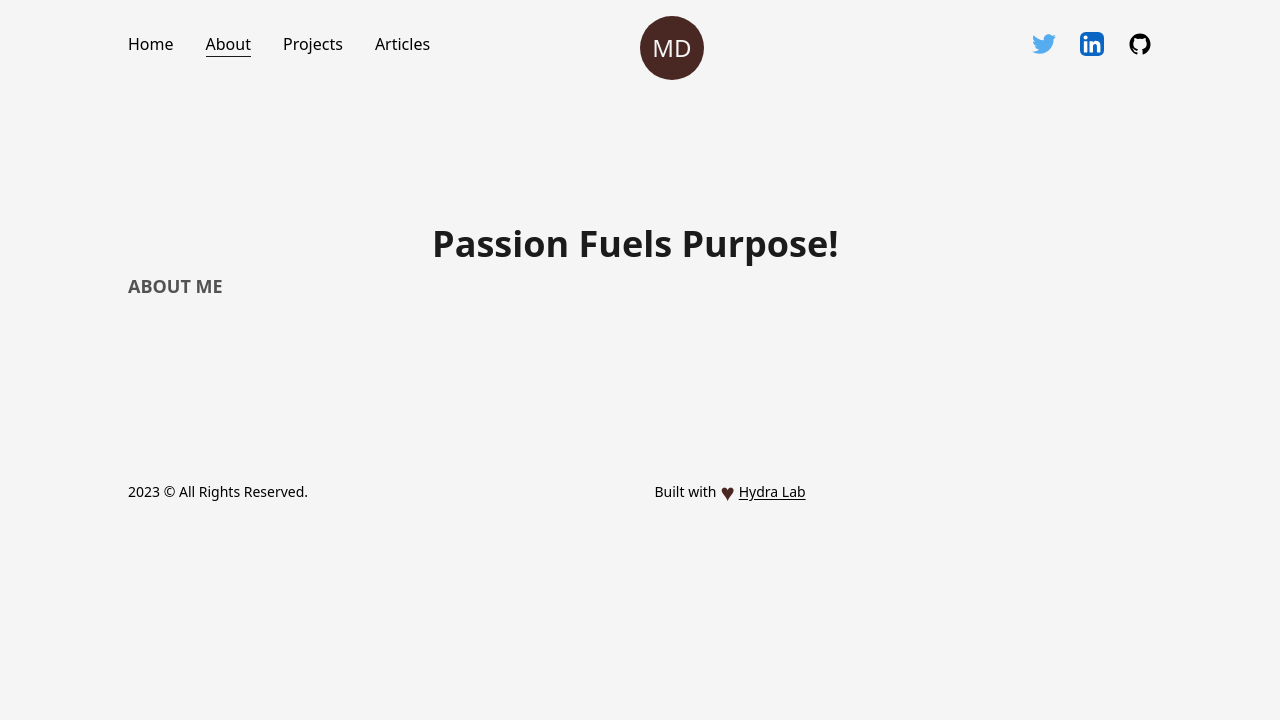
Repository: marcusdashe/situs
Page: /about
An editor plug-in stored every save of this project. The page is shown before and after the next save, followed by the edit.
The browser window is 1280 px wide. The pictures show the whole page.
The project was rebuilt for these pictures with package versions that can differ from the ones it lists, and the page was loaded fresh each time. The framework's server and built-in components were replaced by stand-ins that run in the browser.

Above is the page before, as saved 2023-06-29 13:38:10.

### src/pages/_app.js
import Footer from "@/components/Footer";
import Navbar from "@/components/Navbar";
import "@/styles/globals.css";
import Head from "next/head";
// import { IBM_Plex_Sans } from "next/font/google";

// const ibm = IBM_Plex_Sans({
//   subsets: ["latin"],
//   variable: "--font-mont",
// });

export default function App({ Component, pageProps }) {
  return (
    <>
      <Head>
        <meta name="viewport" content="width=device-width, initial-scale=1" />
        <link rel="icon" href="/favicon.ico" />
      </Head>
      <main className={`  bg-light w-full min-h-screen`}>
        <Navbar />
        <Component {...pageProps} />
        <Footer />
      </main>
    </>
  );
}

### src/pages/about.js
import AnimatedText from "@/components/AnimatedText";
import Layout from "@/components/Layout";
import Head from "next/head";
import React from "react";

const About = () => {
  return (
    <>
      <Head>
        <title> Marcus Dashe | About Page</title>
        <meta name="description" content="About Marcus Dashe" />
      </Head>

      <main className="flex w-full flex-col items-center justify-center">
        <Layout className="pt-15">
          <AnimatedText text="Passion Fuels Purpose!" />
          <div className="grid w-full grid-cols-8 gap-16">
            <div className="col-span-3 flex flex-col items-start justify-start ">
              <h2 className="mb-4 text-lg font-bold uppercase text-dark/75">
                About Me
              </h2>
            </div>
          </div>
        </Layout>
      </main>
    </>
  );
};

export default About;

### src/components/Footer.jsx
import React from "react";
import Layout from "./Layout";
import Link from "next/link";

const Footer = () => {
  return (
    <footer className="w-full border-t-1 border-solid border-primaryDark font-medium text-sm ">
      <Layout className="py-8 flex items-center justify-between">
        <span>{new Date().getFullYear()} &copy; All Rights Reserved.</span>
        <div className="flex items-center">
          Built with{" "}
          <span className="text-primaryDark text-2xl px-1">&hearts;</span>
          <Link href="/" className="underline underline-offset-2">
            Hydra Lab
          </Link>
        </div>
        <Link href="/"></Link>
      </Layout>
    </footer>
  );
};

export default Footer;

### src/components/Navbar.jsx
import React from "react";
import { useRouter } from "next/router";
import Link from "next/link";
import Logo from "./Logo";
import { TwitterIcon, GithubIcon, LinkedInIcon } from "./Icons";
import { motion } from "framer-motion";

const CustomLink = ({ href, title, className = "" }) => {
  const router = useRouter();

  return (
    <Link href={href} className={`${className} relative group`}>
      {title}
      <span
        className={`h-[1px] inline-block bg-dark absolute left-0 -bottom-0.5 group-hover:w-full transition-[width] ease duration-300 ${
          router.asPath === href ? "w-full" : "w-0"
        }`}
      >
        &nbsp;
      </span>
    </Link>
  );
};

const Navbar = () => {
  return (
    <header
      className="w-full px-32 py-8 font-medium
            flex items-center justify-between"
    >
      <nav>
        <CustomLink href="/" title="Home" className="mr-4" />
        <CustomLink href="/about" title="About" className="mx-4" />
        <CustomLink href="/projects" title="Projects" className="mx-4" />
        <CustomLink href="/articles" title="Articles" className="ml-4" />
      </nav>

      <nav className="flex items-center justify-center flex-wrap">
        <motion.a
          href="https://www.twitter.com/marcusdashe"
          target={"_blank"}
          whileHover={{
            y: -2,
          }}
          whileTap={{ scale: 0.9 }}
          className="w-6 mx-3"
        >
          <TwitterIcon className="" />
        </motion.a>
        <motion.a
          href="https://www.linkedin.com/in/marcus-dashe-15a088202"
          target={"_blank"}
          whileHover={{
            y: -2,
          }}
          whileTap={{ scale: 0.9 }}
          className="w-6 mx-3"
        >
          <LinkedInIcon />
        </motion.a>
        <motion.a
          href="https://www.github.com/marcusdashe"
          target={"_blank"}
          whileHover={{
            y: -2,
          }}
          whileTap={{ scale: 0.9 }}
          className="w-6 ml-3"
        >
          <GithubIcon />
        </motion.a>
      </nav>
      <div className="absolute left-[50%] top-2 translate-x-[-50]">
        <Logo />
      </div>
    </header>
  );
};

export default Navbar;

### src/styles/globals.css
@import url("https://fonts.googleapis.com/css2?family=IBM+Plex+Sans:ital,wght@0,100;0,200;0,300;1,100;1,200&family=Inter:wght@300;400;500;600;700;800;900&display=swap");

@tailwind base;
@tailwind components;
@tailwind utilities;

### src/components/AnimatedText.jsx
import React from "react";
import { motion } from "framer-motion";

const quote = {
  initial: {
    opacity: 1,
  },
  animate: {
    opacity: 1,
    transition: {
      delay: 0.5,
      staggerChildren: 0.08,
    },
  },
};

const singleWord = {
  initial: {
    opacity: 0,
    y: 50,
  },
  animate: {
    opacity: 1,
    y: 0,
    transition: {
      duration: 1,
    },
  },
};

const AnimatedText = ({ text, className = "" }) => {
  return (
    <div className="w-full mx-auto py-2 flex items-center justify-center text-center overflow-hidden ">
      <motion.h1
        className={`inline-block w-full text-dark font-bold capitalize text-4xl ${className}`}
        variants={quote}
        initial="initial"
        animate="animate"
      >
        {text.split(" ").map((word, index) => (
          <motion.span
            key={index}
            className="inline-block"
            variants={singleWord}
          >
            {word}&nbsp;
          </motion.span>
        ))}
      </motion.h1>
    </div>
  );
};

export default AnimatedText;

### src/components/Layout.jsx
import React from "react";

const Layout = ({ children, className = "" }) => {
  return (
    <div className={`${className} w-full inline-block z-0 bg-light p-32`}>
      {children}
    </div>
  );
};

export default Layout;

### src/components/Logo.jsx
"use client";

import React from "react";
import Link from "next/link";
import { motion } from "framer-motion";

const MotionLink = motion(Link);

const Logo = () => {
  return (
    <div className="flex items-center justify-center mt-2">
      <MotionLink
        href="/"
        className="w-16 h-16 bg-primaryDark text-light flex items-center
        justify-center rounded-full text-2xl  hover
      "
        whileHover={{
          scale: 1.5,
          backgroundColor: [
            "#121212",
            "rgba(131,58,180,1)",
            "rgba(253,29,29,1)",
            "rgba(252,176,69,1)",
            "rgba(131,58,180,1)",
            "#121212",
          ],
          transition: {
            duration: 1,
            repeat: Infinity,
          },
        }}
      >
        MD
      </MotionLink>
    </div>
  );
};

export default Logo;

Loaded but not shown: tailwind.config.js (30 lines, source omitted); src/components/Icons.jsx (474 lines, source omitted)

After the next save:
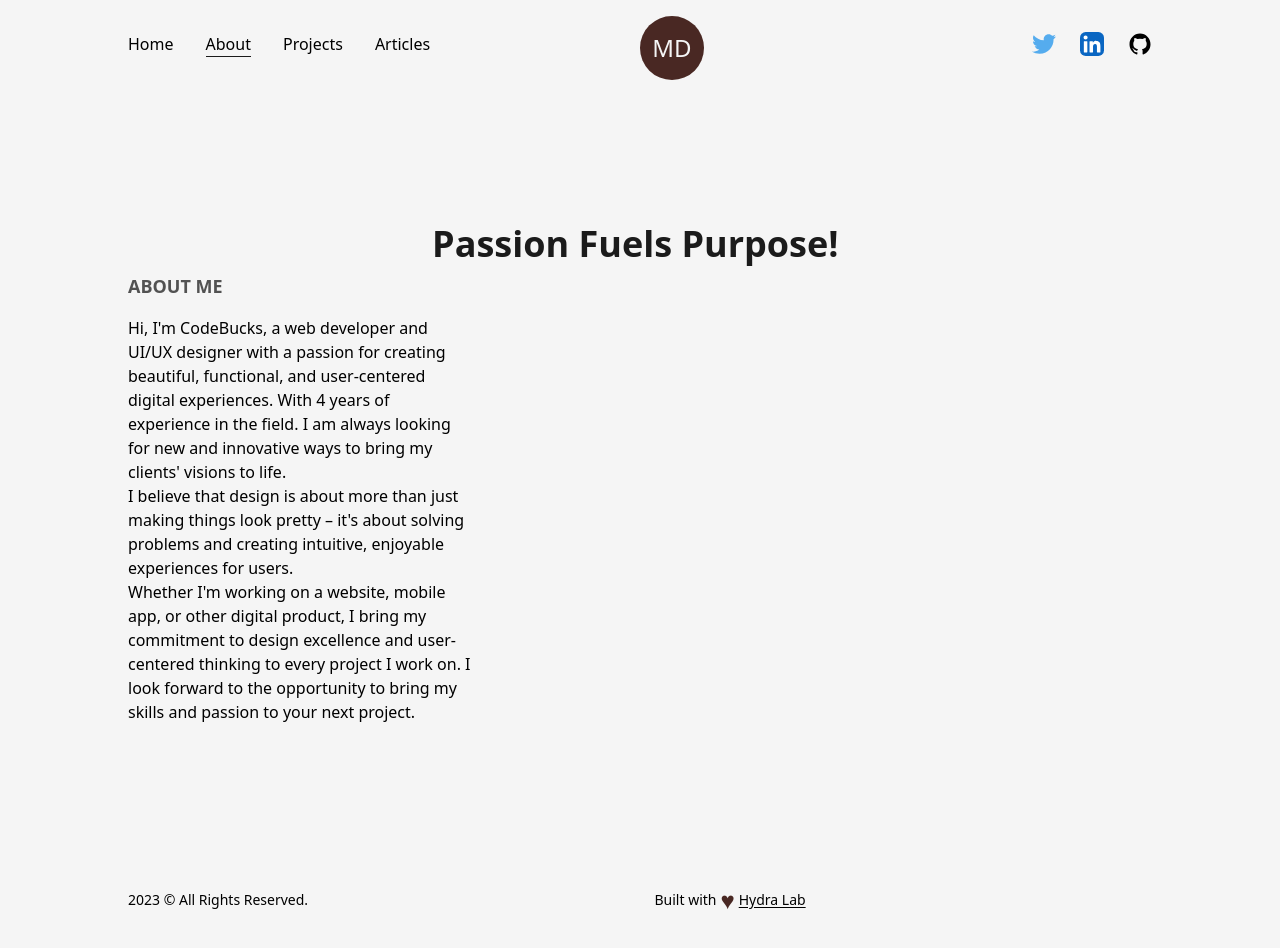
Saved 5 min 1 s later.
--- a/src/pages/about.js
+++ b/src/pages/about.js
@@ -19,6 +19,25 @@ const About = () => {
               <h2 className="mb-4 text-lg font-bold uppercase text-dark/75">
                 About Me
               </h2>
+              <p>
+                Hi, I'm CodeBucks, a web developer and UI/UX designer with a
+                passion for creating beautiful, functional, and user-centered
+                digital experiences. With 4 years of experience in the field. I
+                am always looking for new and innovative ways to bring my
+                clients' visions to life.
+              </p>
+              <p>
+                I believe that design is about more than just making things look
+                pretty – it's about solving problems and creating intuitive,
+                enjoyable experiences for users.
+              </p>
+              <p>
+                Whether I'm working on a website, mobile app, or other digital
+                product, I bring my commitment to design excellence and
+                user-centered thinking to every project I work on. I look
+                forward to the opportunity to bring my skills and passion to
+                your next project.
+              </p>
             </div>
           </div>
         </Layout>
